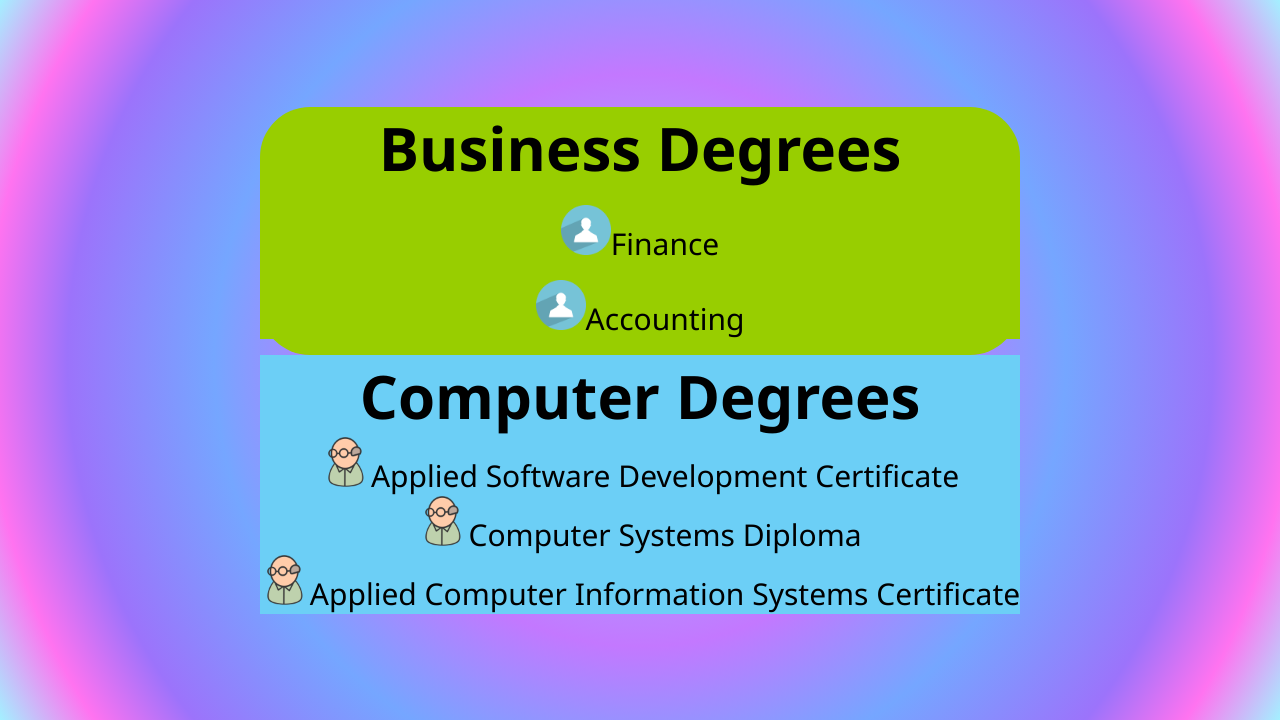
Repository: NeemaToto/mdia2109week3
Page: /
An editor plug-in stored every save of this project. The page is shown before and after the next save, followed by the edit.
The browser window is 1280 px wide. The pictures show the whole page.
The project was rebuilt for these pictures with package versions that can differ from the ones it lists, and the page was loaded fresh each time. The framework's server and built-in components were replaced by stand-ins that run in the browser. Also part of the build but not shown: next.config.js.

Above is the page before, as saved 2023-01-19 20:20:05.

After the next save:
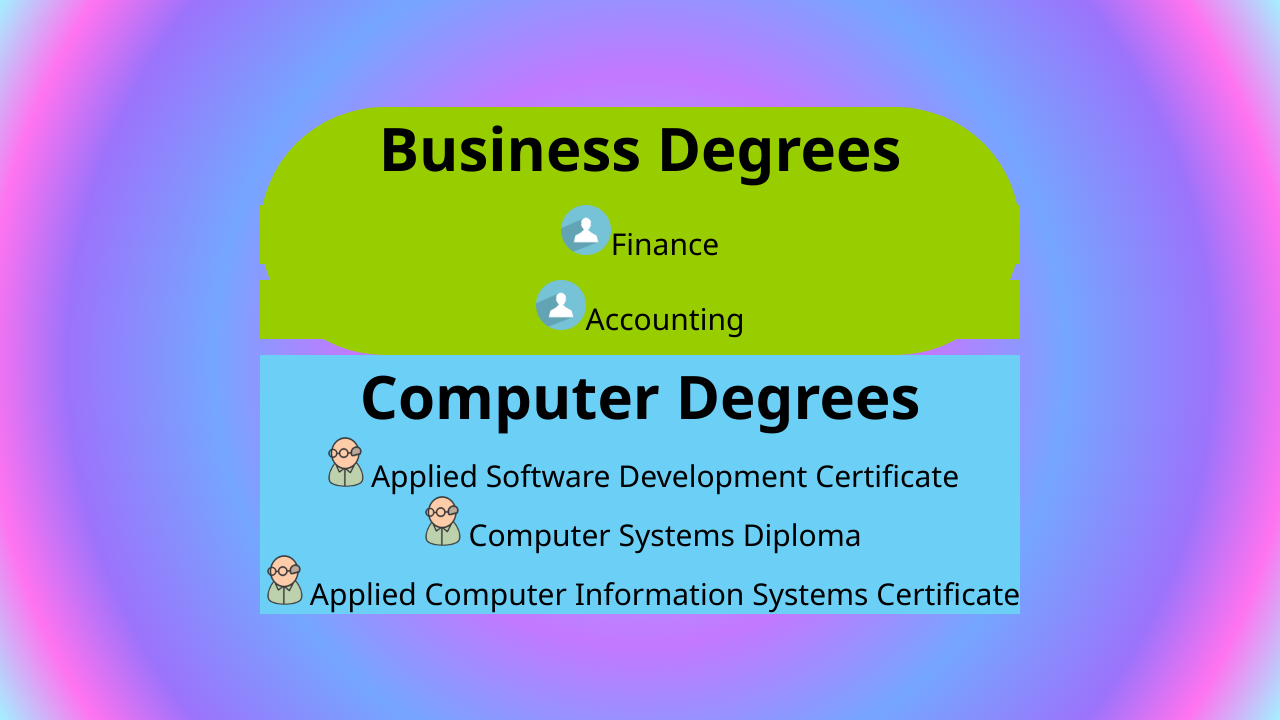
Saved 8 s later.
--- a/styles/Home.module.css
+++ b/styles/Home.module.css
@@ -291,7 +291,7 @@
   gap: 1rem;
   padding-bottom: 1rem;
   background-color: #98CE00;
-  border-radius: 50px;
+  border-radius: 150px;
 }
 
 .computerContainer{
